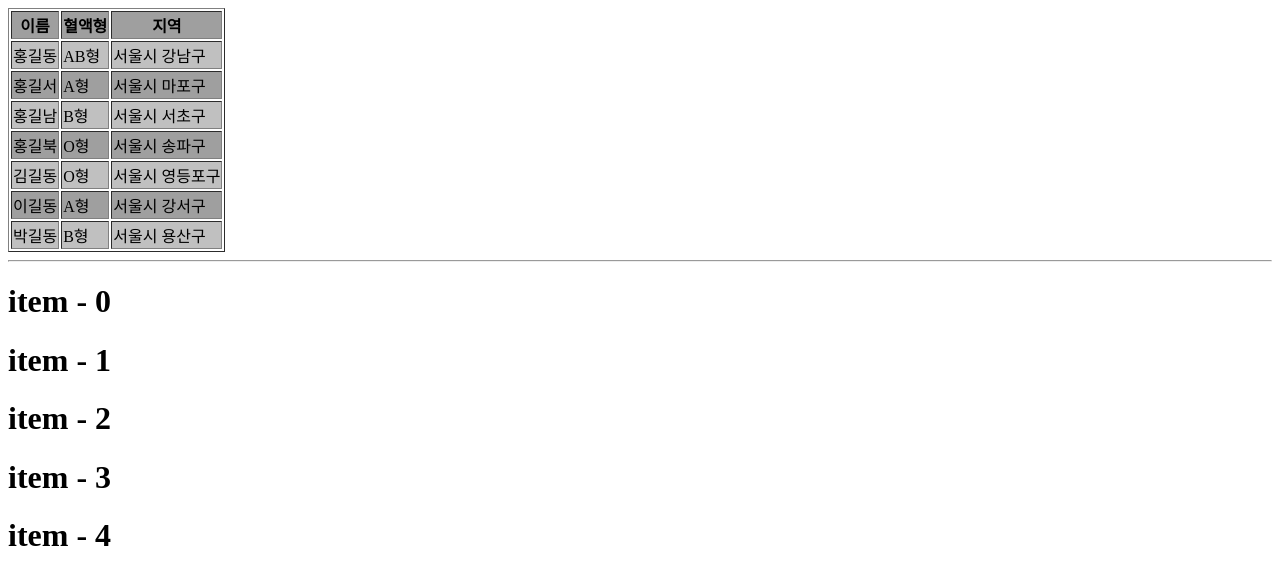
Repository: chlguswns1/web-practice
Page: jQuery/src/main/webapp/01_jQueryBasic.html
The author's editor kept a copy of each file at every save. The page is drawn from the files as they stood at one save, then again after the next save.
The browser window is 1280 px wide. The pictures show the whole page.

Above is the page before, as saved 2023-03-09 01:55:06.

### jQuery/src/main/webapp/01_jQueryBasic.html
<!-- jQuery 기본
	1. jQuery 개요
		- 모든 브라우저에서 동작하는 클라이언트 자바스크립트 라이브러리.
		- 다음의 기능을 위해 제작
			. DOM과 관련된 처리를 쉽게 구현
			. 일관된 이벤트 연결을 쉽게 구현
			. 시각적 효과를 쉽게 구현
			. ajax 애플리케이션을 쉽게 구현

		- http://jquery.com
		- jQuery 사용 방법
			1) 직접 다운받아 사용하는 방법.
			2) CDN 호스트 사용하는 방법.
				 . Content Delivery Network
				 . 사용자에게 간편하게 콘텐츠를 제공하는 방식을 의미.
				 . 구글, 마이크로소프트, jQuery측에서 사용자가 jQuery를 사용하기 편하게 콘텐츠를 제공.
-->

<!DOCTYPE html>
<html>
<head>
<meta charset="UTF-8">
<title>jQuery 태그 구조</title>

<!-- 9. jQuery를 사용한 배열 관리(2)를 위한 예제 -->
<style type="text/css">
	.high-light { background:yellow; }
	.high-light-0 { background:yellow; }
	.high-light-1 { background:orange; }
	.high-light-2 { background:blue; }
	.high-light-3 { background:green; }
	.high-light-4 { background:red; }
</style>

<!-- 방법1. 직접 다운로드 -->
<script src="./js/jquery-3.6.3.min.js"></script><!-- 이렇게 하는순간 이코드에 포함된거다 -->

<!-- 방법2.CDN 방식 -->
<script src="https://ajax.googleapis.com/ajax/libs/jquery/1.12.4/jquery.min.js"></script>

<script type="text/javascript">
/* 1. 라이브러리 포함 방법 : 2가지 방식 */
//- 방법1 방법2 참조

/* 2. jQuery를 사용한 웹 페이지 형식
//	-jQuery() //jQuery함수를 호출했을때 객체를 반환해준다
//	-$(document).ready(function(){});<-이거//바디영역을 전부읽어 갔을때 jQuery가 감시하고있다 읽어간순간
							      //입력으로 전달하는 함수를 실행함
//		.문서가 준비 완료되면매개변수로전달된 함수를 실행하라는 의미.
//		.$(function(){});//간단한 형식 정의 위와 같은 코드지만 융통성있는 코드로 짧게줄일수있다
	$(document).ready(function(){//onload와(차이점) 다르게 여러개 사용할 수 있다
		alert('First Ready');
	});

	$(document).ready(function(){
		alert('Second Ready');
	});

	$(document).ready(function(){
		alert('Thirth Ready');
	});
*/
/* 3. jQuery 기본 선택자
// - jQuery 메서드의 가장 기본적인 형태
//   . 문서 객체를 다룰 때 사용하는 형태
//   . jQuery에서 가장 많이 사용하는 형태

$(document).ready(function(){
// 1) 전체 선택자(*)
	//$('*').css('color','red');//전체선택자



// 2) 태그 선택자

	//한 개 태그 선택

	//h1을 선택.css()메소드정의
	//$('h1').css('color','orange');

	//두 개 이상의 태그 선택
	//$('h1, p').css('color','blue');

// 3) 아이디 선택자
	//$('#target').css('color','blue')

// 4) 클래스 선택자
	//$('.item').css('color','yellow');
	$('h1.item').css('color','yellow');//가독성있는 접근법 h1에있는 아이템들

	$('.item.select').css('color','green');//주의) 접근해 갈때는 빈스페이스가 생기지 않도록 주의.

});
*/

/* 4. jQuery 자식(손)선택자와 후손 선택자
	//$(document).ready(function(){}); ↓밑에처럼 줄일수 있다
	$(function(){

	// - 자식(손) 선택자 - 자식은 div가 사실상 지정된것이다
	$('body > *').css('color','red')//자식에있는 모든것을 선택하겠다

// - 후손 선택자 - 후손은 div를 포함안 안에있는 모든것들이 태그된것이다
	$('body *').css('color','blue')//후손선택자의 경우는 스페이스

	});
*/

/* 5. jQuery 속성 선택자
//- 기본 선택자 뒤에 붙여 사용.
//- 입력 양식과 관련된 태그를 선택할 때 많이 사용.

	$(function () {
		$('input[type = text]').val('hello jQuery');//처음화면이 보여질때 val()안에 텍스트가 보여짐
	})
  */

/* 6. jQuery 필터 선택자
// 1) 입력 양식 필터 선택자
// .input:button
// .input:checkbox
// .input:radio
// .input:file
// .input:image
// .input:password
// .input:text
// .input:submit
// .input:reset

// .요소:checked
// .요소:disabled
// .요소:enabled
// .요소:focus
// .요소:selected

	$(function () {
		setTimeout(function(){//항목을 선택하면 5초뒤에 선택되어진 항목을 alert창으로 출력
			var value = $('select > option:selected').val();
		alert(value);
		},5000);//한번만 이벤트함수 발생
	})
*/

// 2) 위치 필터 선택자
//   . 선택자를 사용해 문서 객체를 선택한 후에 다음과 같은 위치를 지정한다.
//    >> 요소:odd -> 홀수 번째에 위치한 문서 객체 선택.
//    >> 요소:even -> 짝수 번째에 위치한 문서 객체 선택.
//    >> 요소:first -> 첫번째에 위치한 문서 객체 선택.
//    >> 요소:last -> 마지막에 위치한 문서 객체 선택.

	$(function () {
		$('tr:odd').css('background','silver'); //0 부터 카운팅
		$('tr:first').css('background','blue');
		$('tr:even').css('background','#9F9F9F');
	})

// 3) 함수 필터 선택자
//   >> 요소:contains(문자열)
//       ->특정 문자열을 포함하는 문서 객체를 선택.
//   >> 요소:eq(n)
//       ->n번째에 위치하는 문서 객체를 선택.
//   >> 요소:gt(n)
//       ->n번째 초과하는 위치에 있는 문서 객체를 선택.
//   >> 요소:has(h1)
//       ->h1 태그를 가지고 있는 문서 객체를 선택.
//   >> 요소:lt(n)
//       ->n번째 미만에 위치하는 문서 객체를 선택.
//   >> 요소:not(선택자)
//       ->선택자와 일치하지 않는 문서 객체를 선택.
//   >> 요소:nth-child(3n+1)
//       -> 3n+1번째에 위치하는 문서 객체를 선택(인덱스 1부터 카운팅).




/* 7. jQuery를 사용한 배열 관리(1) */
// - each() 메서드 사용
//    . 매개 변수로 입력한 함수 사용.
//    . for in 반복문처럼 객체나 배열의 요소 검사하는 메서드

// - each() 메서드의 형태


/* 8. jQuery를 사용한 배열 관리(2) */
// - 각 객체에 서로 다른 class 속성을 설정하고 싶을 때 each() 메서드 사용.


/* 9. jQuery를 사용한 객체 확장 */


/* 10. jQuery 라이브러리 충돌 방지 */
// - jQuery외 prototype 자바스크립트 라이브러리도 동일하게 $를
//    식별자로 사용.
// - 따라서 두 라이브러리를 함께 사용시 충돌 발생.


</script>
</head>
<body>
<!-- 3-1/3-2. 전체/태그 선택자
	<h1>Lorem ipsum</h1>
	<p>Lorem ipsum dolor sit amet.</p>
	<h1>Lorem ipsum</h1>
	<p>Lorem ipsum dolor sit amet.</p>
	<hr>
-->
<!-- 3-3. 아이디 선택자
	<h1>Header-0</h1>
    <h1 id="target">Header-1</h1>
    <h1>Header-2</h1>
    <hr>
-->

<!-- 3-4. 클래스 선택자
    <h1 class="item">Header-0</h1>
    <h1 class="item select">Header-1</h1>
    <h1 class="item">Header-2</h1>
    <hr>
 -->
<!-- 4. 자식(손) 선택자와 후손 선택자
	<div>
		<ul>
			<li>Apple</li>
			<li>Bag</li>
			<li>Cat</li>
			<li>Dog</li>
		</ul>
	</div>
    <hr>
-->
<!-- 5. 속성 선택자
    <input type="text"/></br>
    <input type="password"/></br>
    <input type="radio"/></br>
    <input type="checkbox"/></br>
    <input type="file"/></br>
    <hr>
 -->
<!-- 6-1. 입력 양식 필터 선택자
	<select>
		<option>Apple</option>
		<option>Bag</option>
		<option>Cat</option>
		<option>Dog</option>
	</select>
    <hr>
-->
<!-- 6-2/6-3. 필터선택자 -->
	<table border="1">
		<tr><th>이름</th><th>혈액형</th><th>지역</th></tr>
		<tr><td>홍길동</td><td>AB형</td><td>서울시 강남구</td></tr>
		<tr><td>홍길서</td><td>A형</td><td>서울시 마포구</td></tr>
		<tr><td>홍길남</td><td>B형</td><td>서울시 서초구</td></tr>
		<tr><td>홍길북</td><td>O형</td><td>서울시 송파구</td></tr>
		<tr><td>김길동</td><td>O형</td><td>서울시 영등포구</td></tr>
		<tr><td>이길동</td><td>A형</td><td>서울시 강서구</td></tr>
		<tr><td>박길동</td><td>B형</td><td>서울시 용산구</td></tr>
	</table>
	<hr>

<!-- 8. jQuery를 사용한 배열 관리(2) -->
	<h1>item - 0</h1>
	<h1>item - 1</h1>
	<h1>item - 2</h1>
	<h1>item - 3</h1>
	<h1>item - 4</h1>

</body>
</html>

Loaded but not shown: jQuery/src/main/webapp/js/jquery-3.6.3.min.js (library)

After the next save:
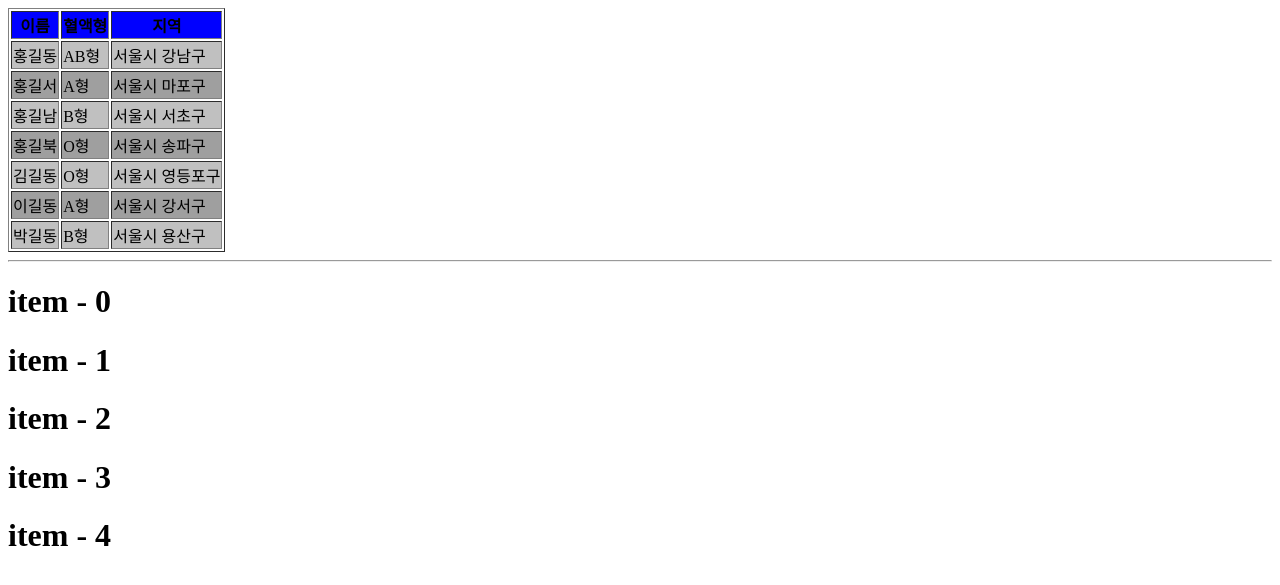
Saved 11 s later.
--- a/jQuery/src/main/webapp/01_jQueryBasic.html
+++ b/jQuery/src/main/webapp/01_jQueryBasic.html
@@ -150,8 +150,8 @@ $(document).ready(function(){
 
 	$(function () {
 		$('tr:odd').css('background','silver'); //0 부터 카운팅
+		$('tr:even').css('background','#9F9F9F');
 		$('tr:first').css('background','blue');
-		$('tr:even').css('background','#9F9F9F');
 	})
 
 // 3) 함수 필터 선택자
